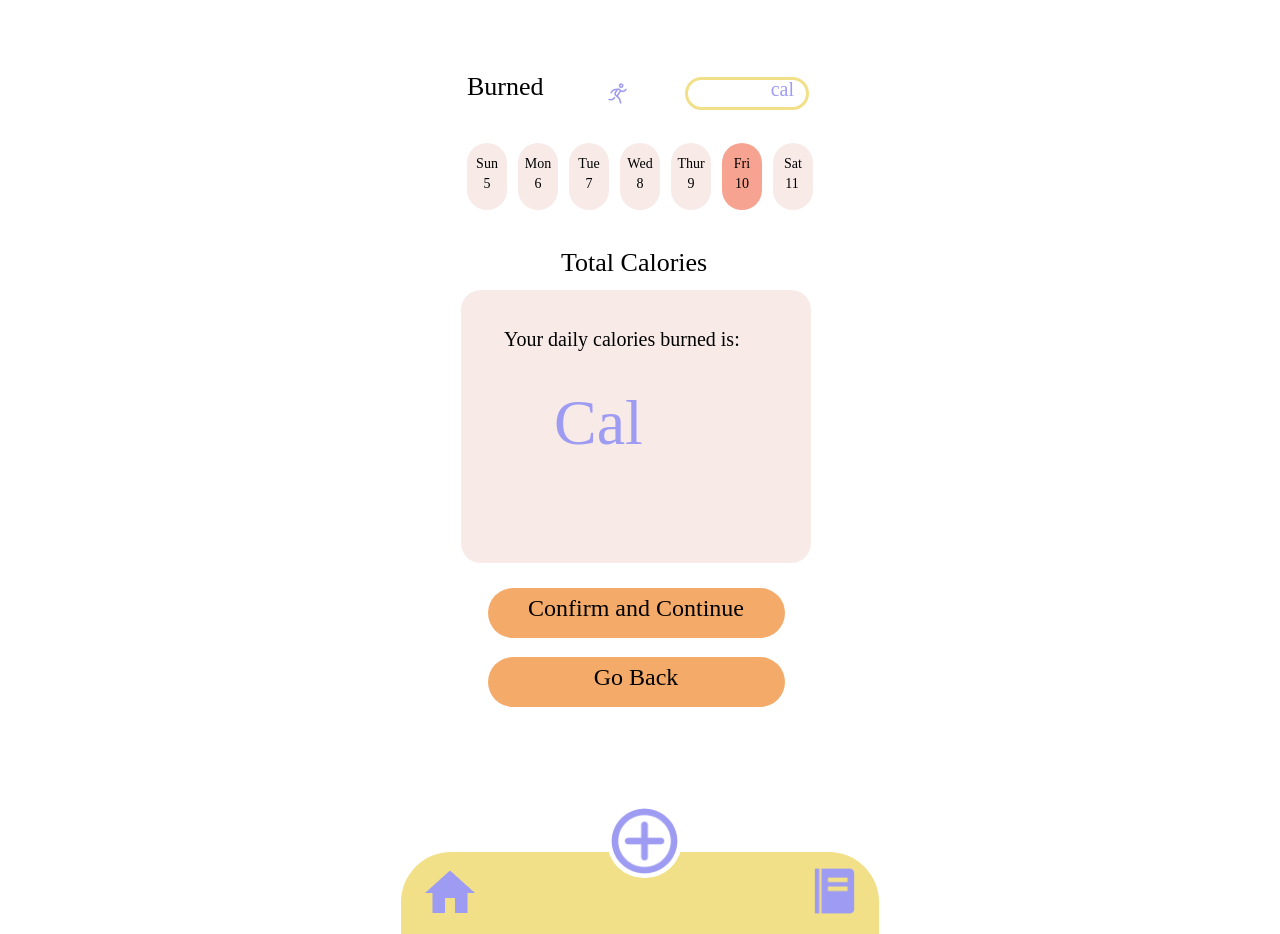
Repository: MeowCeline00/G5-Calorie-Tracker
Page: BurnedCal/index.html
These files come from the project's save history. The page is drawn as it stood at one moment and after the next save; the edit follows.
The browser window is 1280 px wide. The pictures show the whole page.

Above is the page before, as saved 2024-05-26 14:10:23.

After the next save:
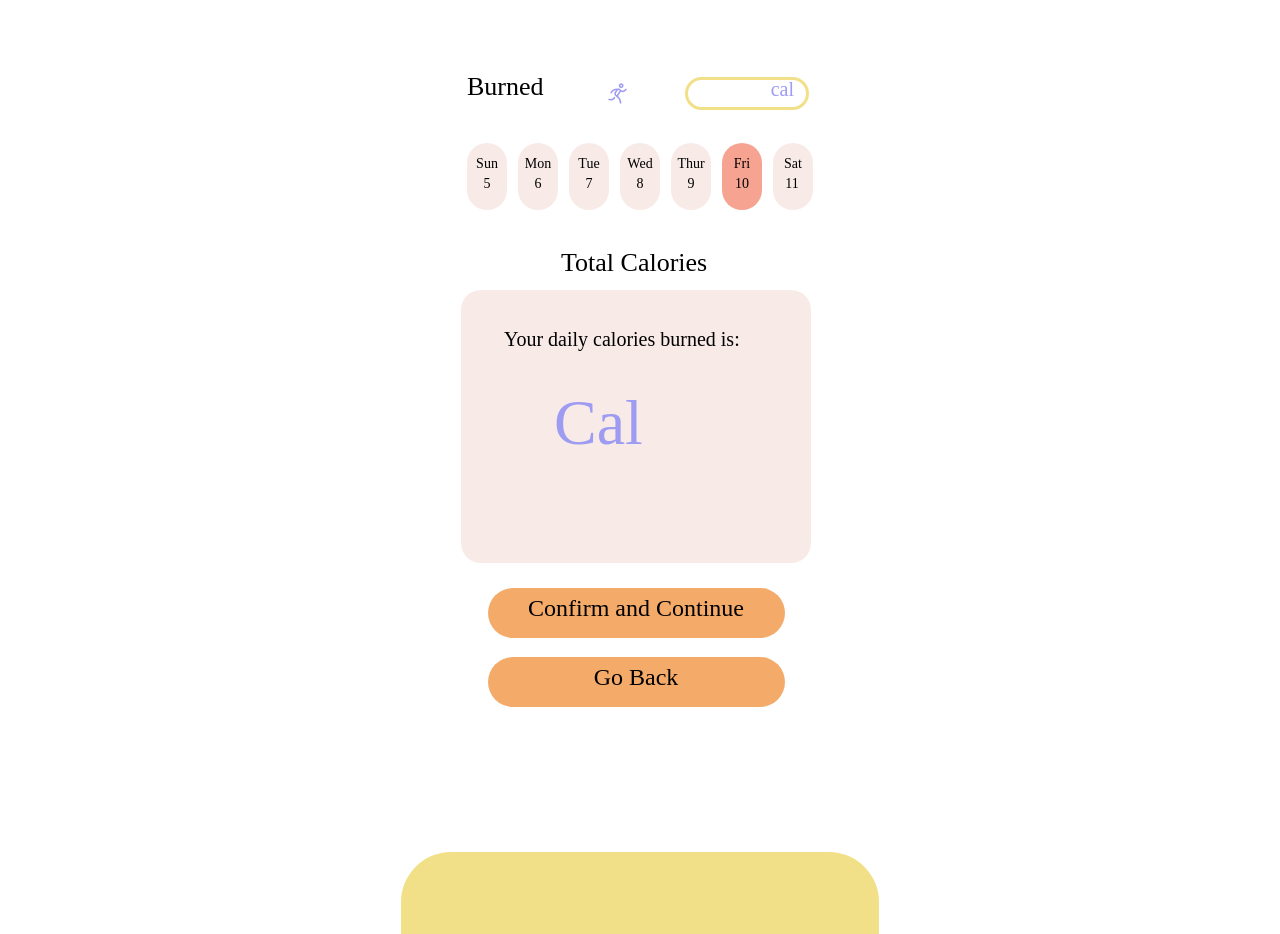
Saved 39 s later.
--- a/BurnedCal/index.html
+++ b/BurnedCal/index.html
@@ -67,9 +67,7 @@
 
 	  <div class="navBarContainer">
 		<div class="navBar">
-		<a href="/index.html"><img class="image1" src="/Images/Vector.png "></a>
-		<a href="/index.html"><img class="image02"src="/Images/vector02.png "></a>
-		<a href="/index.html"><img class="image03" src="/Images/Vector1.png"></a>
+
 		</div>
 	</div>
 </div>
